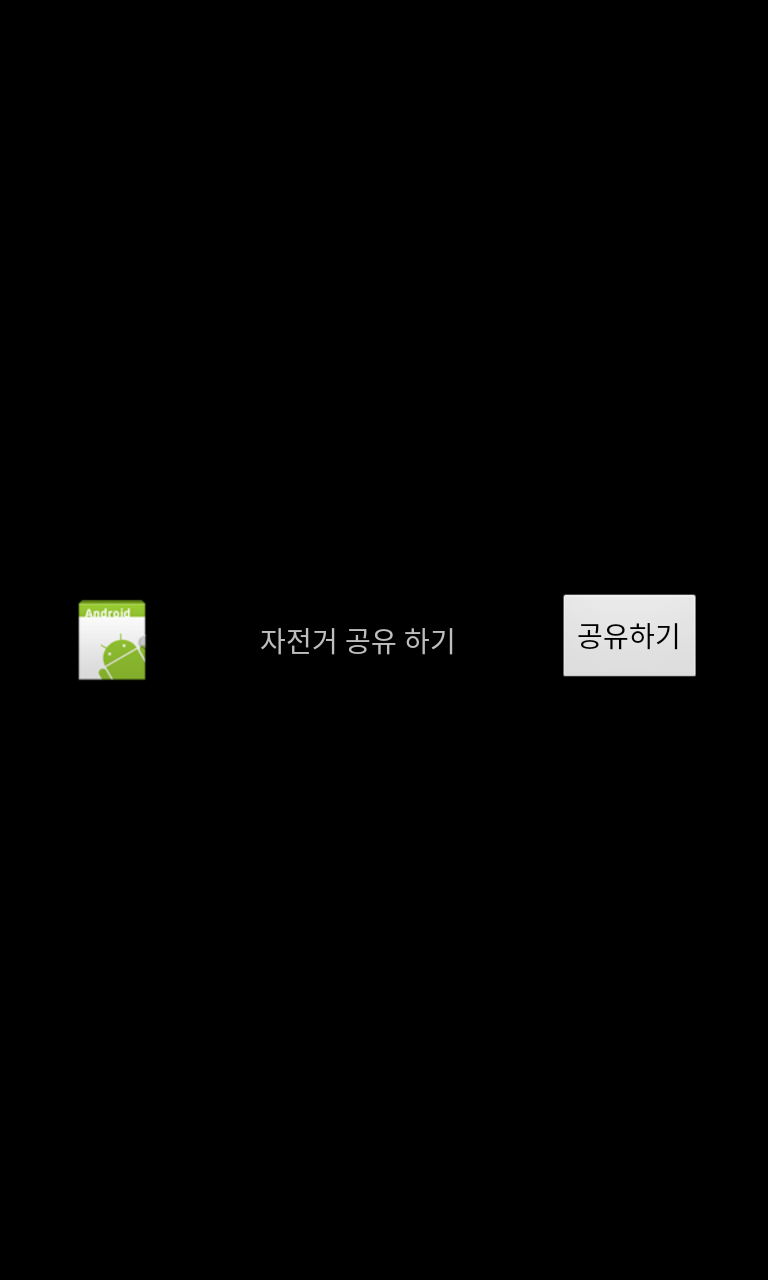
Repository: ET-Bike/E.T-Bike
Layout: Android_Client_ETBike/ETBike/ETBike/res/layout/registertitlebar.xml
These files come from the project's save history. The layout is drawn as it stood at one moment and after the next save; the edit follows.
It is drawn on a 768 x 1280 px phone screen (xhdpi) without system bars, with theme android:Theme.NoTitleBar; the app's code is not run.

Above is the layout before, as saved 2012-11-08 03:19:05.

### Android_Client_ETBike/ETBike/ETBike/res/layout/registertitlebar.xml
<?xml version="1.0" encoding="utf-8"?>
<LinearLayout xmlns:android="http://schemas.android.com/apk/res/android"
    android:layout_width="match_parent"
    android:layout_height="match_parent"
    android:orientation="horizontal"
    android:gravity="center" >

    <ImageView
        android:layout_width="wrap_content"
        android:layout_height="wrap_content"
        android:background="@drawable/icon"

        />

    <TextView
        android:layout_width="wrap_content"
        android:layout_height="wrap_content"
        android:text="자전거 공유 하기"
        android:layout_marginLeft="50dp"
        />

    <Button
        android:layout_width="wrap_content"
        android:layout_height="wrap_content"
        android:text="공유하기"
        android:layout_marginLeft="50dp"
        />


</LinearLayout>

After the next save:
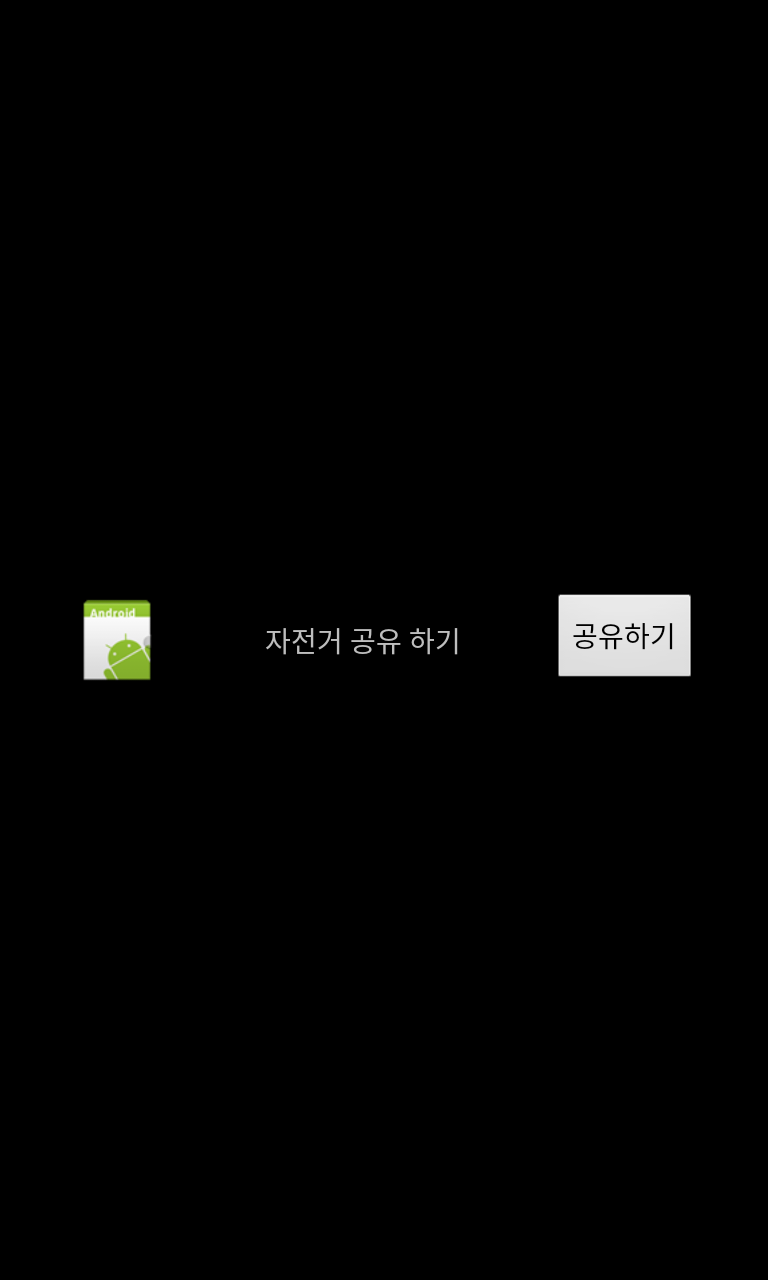
Saved 8 s later.
--- a/Android_Client_ETBike/ETBike/ETBike/res/layout/registertitlebar.xml
+++ b/Android_Client_ETBike/ETBike/ETBike/res/layout/registertitlebar.xml
@@ -23,7 +23,7 @@
         android:layout_width="wrap_content"
         android:layout_height="wrap_content"
         android:text="공유하기"
-        android:layout_marginLeft="50dp"
+        android:layout_marginLeft="45dp"
         />
 
 
